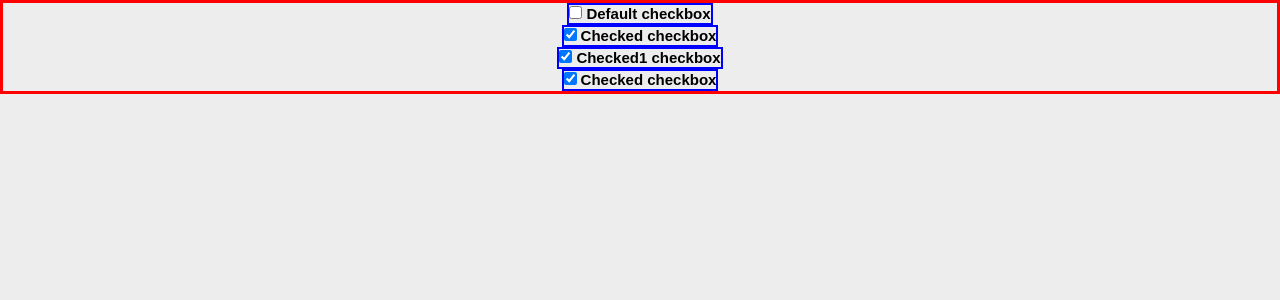
Repository: Grace229/Hasob-form
Page: index.html
An editor plug-in stored every save of this project. The page is shown before and after a run of saves, followed by the edit.
The browser window is 1280 px wide. The pictures show the whole page.

Above is the page before, as saved 2020-12-26 19:36:20.

### index.html
<!DOCTYPE html>
<html lang="en">
<head>
    <meta charset="UTF-8">
    <meta name="viewport" content="width=device-width, initial-scale=1.0">
    <title>Document</title>
    <link rel="stylesheet" href="style.css">
</head>
<body>
    <!-- Default checkbox -->
    <div class="container">
<div class="form-check">
    <input
      class="form-check-input"
      type="checkbox"
      value=""
      id="flexCheckDefault"
    />
    <label class="form-check-label" for="flexCheckDefault">
      Default checkbox
    </label>
  </div>

  <!-- Checked checkbox -->
  <div class="form-check">
    <input
      class="form-check-input"
      type="checkbox"
      value=""
      id="flexCheckChecked"
      checked
    />
    <label class="form-check-label" for="flexCheckChecked">
      Checked checkbox
    </label>
  </div>
  <!-- Checked1 checkbox -->
  <div class="form-check">
    <input
      class="form-check-input"
      type="checkbox"
      value=""
      id="flexCheckChecked"
      checked
    />
    <label class="form-check-label" for="flexCheckChecked">
      Checked1 checkbox
    </label>
  </div>
  <!-- Checked checkbox -->
  <div class="form-check">
    <input
      class="form-check-input"
      type="checkbox"
      value=""
      id="flexCheckChecked"
      checked
    />
    <label class="form-check-label" for="flexCheckChecked">
      Checked checkbox
    </label>
  </div>
</div>
    <!-- <div class="container">
    <div class="mb-3">
        <label for="exampleFormControlInput1" class="form-label">Email address</label>
        <input type="email" class="form-control" id="exampleFormControlInput1" placeholder="name@example.com">
      </div>
      <div class="mb-3">
        <label for="exampleFormControlTextarea1" class="form-label">Example textarea</label>
        <textarea class="form-control" id="exampleFormControlTextarea1" rows="3"></textarea>
      </div>
    </div> -->
    <!-- <form> -->
        <!-- radio button -->
        <!-- <div>
            <label for="">1: Lorem ipsum dolor sit amet consectetur adipisicing elit? </label> <br>
                <input type="radio" name="gender" value="male" class="input" checked> male
                <input type="radio" name="gender" value="male" class="input"> male
                <input type="radio" name="gender" value="male" class="input"> male
                <input type="radio" name="gender" value="male" class="input"> male
        </div> -->
        <!-- dropdown -->
        <!-- <div>
            <label for="">2: Lorem ipsum dolor sit amet consectetur adipisicing elit? </label><br>
               <select name="" id="">
                   <option value="male" class="input">
                    male
                   </option>
                   <option value="male" class="input">
                    male
                   </option>
                   <option value="male" class="input">
                    male
                   </option>
                   <option value="male" class="input">
                    male
                   </option>
               </select>
        </div> -->
        <!-- checkboxes -->
          <!-- <div>
            <label for="">3: Lorem ipsum dolor sit amet consectetur adipisicing elit? </label><br>
               <input type="checkbox" name="gender" value="male" class="input" checked> male
                <input type="checkbox" name="gender" value="male" class="input"> male
                <input type="checkbox" name="gender" value="male" class="input"> male
                <input type="checkbox" name="gender" value="male" class="input"> male
        </div> -->
        <!-- textbox -->
        <!-- <div>
            <label for=""> 4: Email</label> <br>
            <input type="email" name="email" id="">
        </div>
   </form> -->
</body>
</html>

### style.css
*{
    padding: 0;
    margin: 0;
    background-color: rgb(237, 237, 238);
}
label{
    font-size: 15px;
    font-weight: bold;
    font-family: sans-serif;
}
input{
    line-height: 3px;
}
.form-check{
    border: solid 2px blue;
    width: fit-content;
}
.container{
    border: solid 3px red;
    justify-items: center;
}

After the next 2 saves:
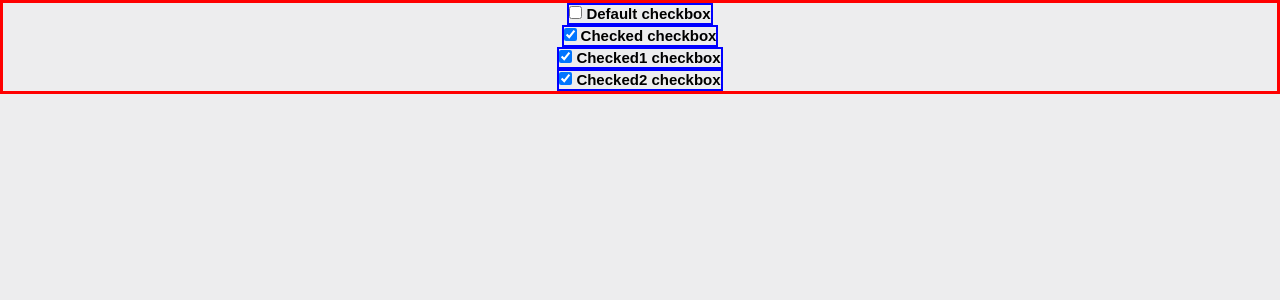
The 2 saves are shown as one change because they came seconds apart.
The last was saved 12 s later.
--- a/index.html
+++ b/index.html
@@ -47,7 +47,7 @@
       Checked1 checkbox
     </label>
   </div>
-  <!-- Checked checkbox -->
+  <!-- Checked2 checkbox -->
   <div class="form-check">
     <input
       class="form-check-input"
@@ -57,7 +57,7 @@
       checked
     />
     <label class="form-check-label" for="flexCheckChecked">
-      Checked checkbox
+      Checked2 checkbox
     </label>
   </div>
 </div>
